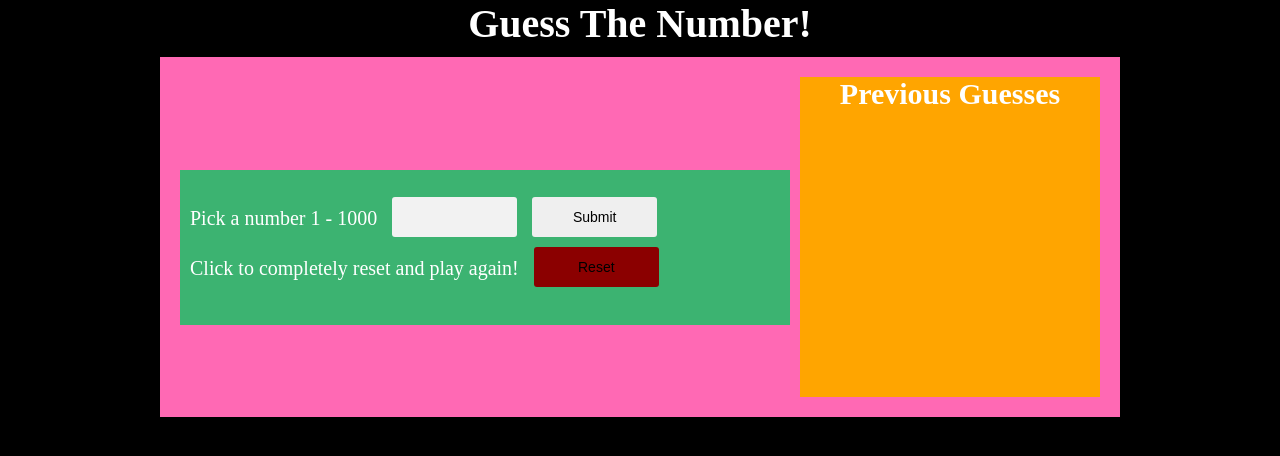
Repository: mlmEFSC21/P14-Guessing-Game
Page: guess.html
These files come from the project's save history. The page is drawn as it stood at one moment and after the next save; the edit follows.
The browser window is 1280 px wide. The pictures show the whole page.

Above is the page before, as saved 2022-03-19 14:07:26.

After the next save:
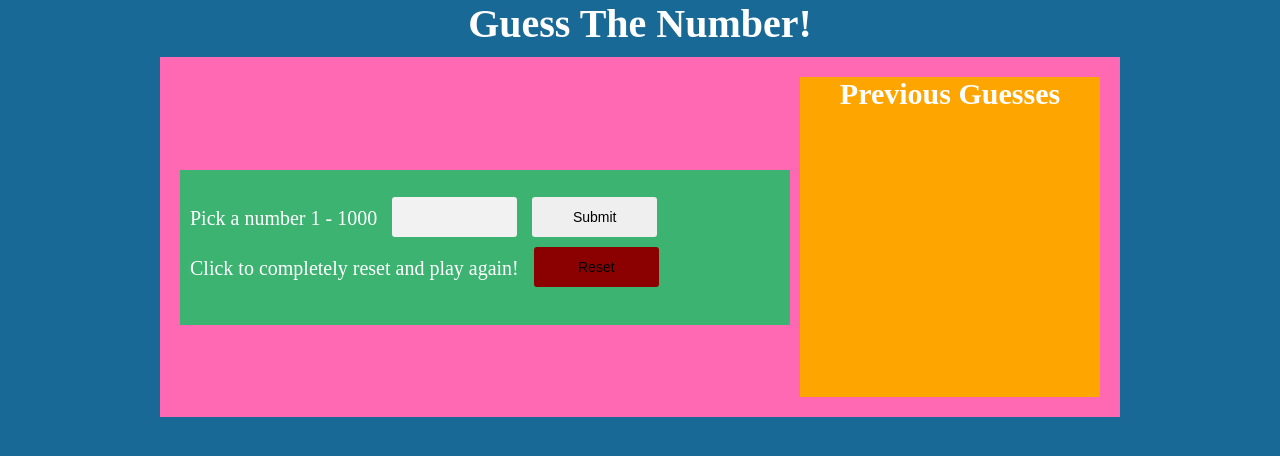
Saved 53 s later.
--- a/guess.css
+++ b/guess.css
@@ -12,7 +12,7 @@
     padding: 0;
 }
 body {
-    background-color: black;
+    background-color: var(--clr-tertiary);
     color: white;
     font-size: 1.25rem;
 }
